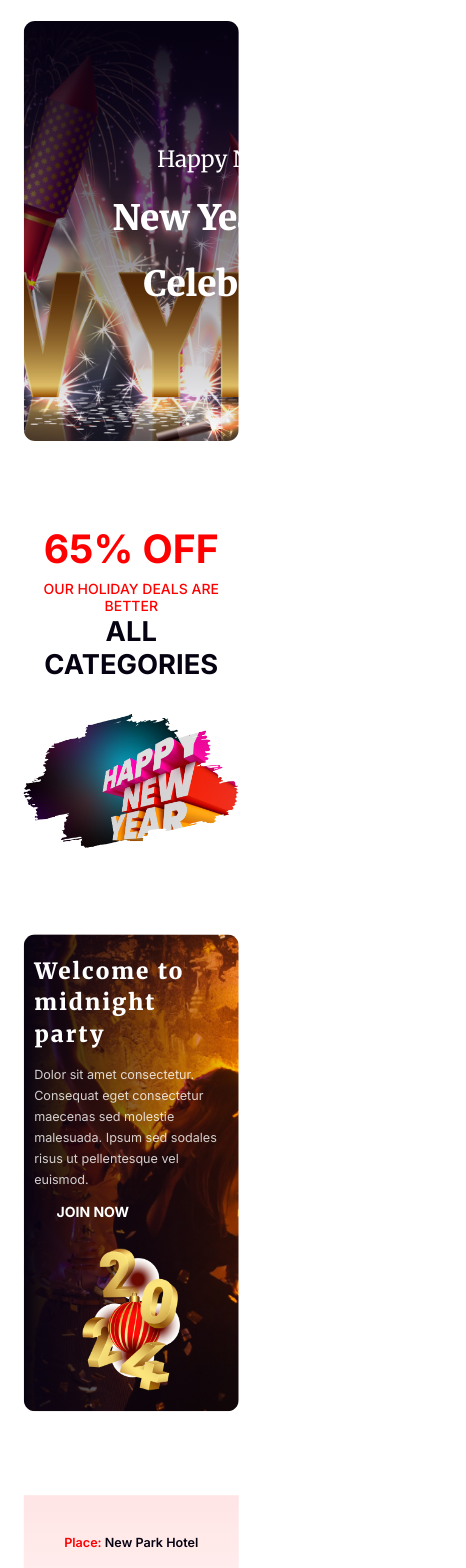
Repository: ShouravAhammed/simple-responsive-new-year
Page: index.html
These files come from the project's save history. The page is drawn as it stood at one moment and after the next save; the edit follows.
The browser window is 375 px wide. The page is 666 px wide, so the pictures cover 666 px, including what lies to the right of the window. The pictures show the part of the page from y = 0 to 2240 px (the page is 9349 px tall before and 9235 px after), at 70% of full size.

Above is the page before, as saved 2024-01-11 17:09:23.

### index.html
<!DOCTYPE html>
<html lang="en">
<head>
    <meta charset="UTF-8">
    <meta name="viewport" content="width=device-width, initial-scale=1.0">
    <!-- Title  -->
    <title>New Year 2024</title>
    <!-- favicon icon linked -->
    <link rel="shortcut icon" href="images/New Year Photo.png" type="image/x-icon">
    <!-- style css linked-->
    <link rel="stylesheet" href="Style/style.css">
</head>
<body>
    <!-- header part  -->
    <header>
        <!-- banner section part -->
        <section id="banner">
            <div class="container">
                <div class="banner-container">
                    <div class="banner-content">
                        <h3 class="celebration">Happy New Year</h3>
                        <h2 class="banner-title">New Year Party Celebration</h2>
                    </div>
                </div>
            </div>
        </section>
    </header>
    <!-- main part -->
    <main>
        <!-- categories section part  -->
            <section id="categories">
                <div class="container">
                    <div class="categories-container">
                        <h2 class="categories-discount">65% OFF</h2>
                        <p class="primary-summery">OUR HOLIDAY DEALS ARE BETTER</p>
                        <h3 class="categories-title">ALL CATEGORIES</h3>
                        <div class="categories-img">
                            <img id="new-year-img" src="images/New Year Photo.png" alt="Happy New Year">
                        </div>
                    </div>
                </div>
            </section>

            <!-- party-banner section part -->
            <section id="party-banner">
                <div class="container">
                    <div class="party-container">
                        <div class="party-content">
                            <h2 class="party-title">Welcome to midnight party</h2>
                            <p class="party-description">Dolor sit amet consectetur. Consequat eget consectetur maecenas sed molestie malesuada. Ipsum sed sodales risus ut pellentesque vel euismod. </p>
                            <button id="join-now-btn">JOIN NOW</button>
                        </div>
                        <img class="party-img" src="images/icon/Group 70.png" alt="party-img">
                    </div>
                </div>
            </section>
            <!-- Announce section part -->
            <section id="announce">
                <div class="container">
                    <div class="announce-content">
                        <h4 class="announce-title"><span class="title-color">Place:</span> New Park Hotel</h4>
                        <h4 class="announce-title"><span class="title-color">Date:</span> 31 December Night 2023</h4>
                        <h4 class="announce-title"><span class="title-color">Time:</span> Evening 7.30 pm to 12.30 am</h4>
                        <button class="announce-btn">Join Now</button>
                    </div>
                </div>
            </section>
            <!-- best offer section part -->
            <section id="best-offer">
                <div class="container">
                    <div class="best-offer-container">
                        <div class="best-offer-content">
                            <p class="primary-summery">NEW BEST OFFER</p>
                            <h3 class="similer-title">Coming Soon</h3>
                            <p class="similer-description">Dolor sit amet consectetur. Consequat eget consectetur maecenas sed molestie malesuada. Ipsum sed sodales risus ut pellentesque vel euismod. </p>
                        </div>
                        <div class="best-offer-img-content">

                                <img class="best-offer-img" src="images/Ellipse 1.png" alt="best-offer-images">

                        </div>
                        <div class="best-offer-year-content">
                            <h3 class="best-offer-year">2024</h3>
                            <p class="best-offer-description">Dolor sit amet consectetur. Consequat eget consectetur maecenas sed.</p>
                            <img class="best-offer-year-img" src="images/icon/Group 96.png" alt="best-offer-year-img">
                        </div>
                    </div>
                </div>
            </section>
            <!-- holiday section part  -->
            <section id="holiday" >
                <div class="container">
                    <div class="holiday-container">
                        <div class="holiday-content">
                            <p class="primary-summery">WHAT IS FUNCTIONAL</p>
                        <h3 class="similer-title"><span class="title-color">Holidays</span> Sale 50%</h3>
                        <p class="similer-description">Dolor sit amet consectetur. Consequat eget consectetur maecenas sed molestie malesuada. Ipsum sed
                            sodales risus ut pellentesque vel euismod. Eleifend nunc purus quam id
                            fermentum amet amet sit consectetur.</p>
                        </div>
                        <div class="holiday-back-img">
                            <div class="holiday-gift-content">
                                <img src="images/icon/Group 75.png" alt="">
                            </div>
                            <div class="holiday-discount-content">
                                <img src="images/icon/Group 44.png" alt="">
                            </div>
                        </div>
                        <div class="holiday-bottom">
                            <img src="images/Rectangle 2.png" alt="">
                        </div>
                    </div>
                </div>
            </section>
            <!-- Portfolio section part -->

            <section id="portfolio">
                <div class="container">
                    <div class="portfolio-container">
                        <div class="portfolio-box">
                            <p class="primary-summery">THE BEST GIFTS</p>
                            <h3 class="similer-title">Our Awesome Portfolio</h3>
                            <p class="similer-description description-padd">Dolor sit amet consectetur. Consequat eget consectetur maecenas sed molestie malesuada. Ipsum sed sodales risus ut pellentesque vel euismod. </p>
                        </div>
                            <div class="portfolio-content">
                                <img class="portfolio-img" src="images/Portfolio images/Rectangle 3.png" alt="">
                                <img class="portfolio-img" src="images/Portfolio images/Rectangle 4.png" alt="">
                                <img class="portfolio-img" src="images/Portfolio images/Rectangle 5.png" alt="">
                            </div>
                            <div class="portfolio-content">
                                <img class="portfolio-img" src="images/Portfolio images/Rectangle 6.png" alt="">
                                <img class="portfolio-img" src="images/Portfolio images/Rectangle 7.png" alt="">
                                <img class="portfolio-img" src="images/Portfolio images/Rectangle 8.png" alt="">
                            </div>
                        </div>
                    </div>
            </section>
            <!-- newsletter section part -->
            <section id="newsletter">
                <div class="container">
                    <div class="news-container">
                        <div class="news-content">
                            <img src="images/icon/Group 61.png" alt="">
                            <h3 class="similer-title">Subscribe Newsletter</h3>
                            <p class="similer-description description-mar">Dolor sit amet consectetur. Consequat eget consectetur maecenas sed molestie malesuada. Ipsum sed sodales risus ut pellentesque vel euismod. </p>
                            <form class="form" action="">
                                <input type="email" placeholder="user@gmail.com" alt="email" id="">
                                <button class="subscribe-btn">Subscribe</button>
                            </form>
                        </div>

                    </div>
                </div>
            </section>
    </main>
    <!--  footer part -->
    <footer>
        <section id="footer">
            <div class="container">
                <div class="footer-describe-part line-color">
                    <div class="footer-address">
                        <p class="address-similer">44, Big Building Roosevelt Street</p>
                        <p class="address-similer">Beach Gardens Florida 33410</p>
                    </div>
                    <div class="footer-address">
                        <div class="call-icon">
                            <img src="images/icon/Call.png" alt="">
                            <a class="address-similer">+00 123 584 124</a>
                        </div>
                        <div class="website-icon">
                            <img src="images/icon/Website.png" alt="">
                            <a class="address-similer">www.website.com</a>
                        </div>
                    </div>
                </div>

                <div class="footer-social line-color">
                    <a href=""><img src="images/icon/Facebook.png" alt=""></a>
                    <a href=""><img src="images/icon/Instagram.png" alt=""></a>
                    <a href=""><img src="images/icon/Twitter.png" alt=""></a>
                    <a href=""><img src="images/icon/Linkedin.png" alt=""></a>
                </div>

                <div class="reserved">
                    <p>2017, All Rights Reserved.</p>
                    <p>Unsubscribe</p>
                </div>
            </div>
        </section>
    </footer>
</body>
</html>

### Style/style.css
/* import google fonts */
@import url('https://fonts.googleapis.com/css2?family=Inter:wght@100;200;300;400;500;600;700;800;900&family=Merriweather:ital,wght@0,300;0,400;0,700;0,900;1,300;1,400;1,700;1,900&display=swap');

*{
    margin: 0;
    padding: 0;
    outline: 0;
}

.container{
    width: 82%;
    margin: 0 auto;
}
/* primary content */
.primary-summery{
    font-family: Inter;
    font-size: 24px;
    font-style: normal;
    font-weight: 500;
    color: #F00;
    line-height: normal;
}
/* title-color */
.title-color{
    color: #F00;
}
/* banner section related css style */
#banner{
    margin-top: 30px;
}
.banner-container{
    background-image: linear-gradient(180deg, #070211 0%, rgba(7, 2, 17, 0.00) 100%), url(../images/Banner\ Image.png);
    background-size: cover;
    background-repeat: no-repeat;
    background-position: center;
    border-radius: 16px;
    padding: 177px 0px;
}
.banner-container .banner-content{
    width: 632px;
    margin: 0 auto;
}
.banner-container .banner-content .celebration{
    color: #FFF;
    text-align: center;
    font-family: Merriweather;
    font-size: 32px;
    font-style: normal;
    font-weight: 400;
    line-height: normal;
    margin-bottom: 16px;
    z-index: 99;
}
.banner-container .banner-content .banner-title{
    color: #FFF;
    text-align: center;
    font-family: Merriweather;
    font-size: 72px;
    font-style: normal;
    font-weight: 900;
    line-height: 95px;
}
/* categories section related css style */

#categories{
    margin: 120px 0px;
}
.categories-container{
    text-align: center;
}
.categories-container .categories-discount{
    font-family: Inter;
    font-size: 88px;
    font-style: normal;
    font-weight: 700;
    color: #F00;
    line-height: normal;
    margin-bottom: 48px;
}

.categories-title{
    font-family: Inter;
    font-size: 48px;
    font-style: normal;
    font-weight: 700;
    color: #070211;
    line-height: normal;
    margin-bottom: 48px;
}
.categories-container .categories-img{
    width: 800px;
    margin: 0 auto;
}
.categories-img #new-year-img{
    max-width: 100%;
}

/* party-banner section css style  */
#party-banner{

}
.party-container{
    background-image: linear-gradient(90deg, #070211 0%, rgba(7, 2, 17, 0.00) 100%), url(../images/Vectorrr.png);
    background-position: center;
    background-repeat: no-repeat;
    background-size: cover;
    display: flex;
    align-items: center;
    justify-content: space-between;
    border-radius: 16px;
    padding: 70px 70px;
}
.party-container .party-content{
    width: 900px;
}
.party-content .party-title{
    font-family: Merriweather;
    font-size: 64px;
    font-style: normal;
    font-weight: 900;
    color: #FFF;
    line-height: 88px;
    letter-spacing: 3px;
}
.party-content .party-description{
    font-family: Inter;
    font-size: 18px;
    font-style: normal;
    font-weight: 400;
    color: rgba(255, 255, 255, 0.80);
    line-height: 30px;
    margin-top: 20px;
}
#join-now-btn{
    font-family: Inter;
    font-size: 20px;
    font-style: normal;
    font-weight: 700;
    color: #FFF;
    background: transparent;
    line-height: normal;
    text-transform: uppercase;
    border: none;
    cursor: pointer;
    margin-top: 48px;
    margin-left: 32px;
}
.party-container .party-img{
    width: 270px;
    max-width: 100%;
}

/* Announce section css style */

#announce{
    margin: 120px 0px;
}
.announce-content{
    background: linear-gradient(180deg, rgba(255, 0, 0, 0.10) 0%, rgba(255, 0, 0, 0.00) 100%);
    padding: 100px 0;
    text-align: center;
}
.announce-content .announce-title{
    color: #070211;
    font-family: Inter;
    font-size: 32px;
    font-style: normal;
    font-weight: 600;
    line-height: 56px;
    text-transform: capitalize;
}
.announce-btn{
    font-family: Inter;
    font-size: 20px;
    font-style: normal;
    font-weight: 700;
    line-height: normal;
    color: #FFF;
    text-align: center;
    text-transform: uppercase;
    border-radius: 8px;
    background: #F00;
    padding: 16px 32px;
    border: none;
    cursor: pointer;
    transition: all ease 0.5s;
    margin-top: 48px;
}
.announce-btn:hover{
    background: #fff;
    color: #f00;
    outline: 1px solid #F00;
}
/* best-offer section style css */
#best-offer{
    margin-bottom: 128px;
}
.similer-title{
    font-family: Inter;
    font-size: 48px;
    font-style: normal;
    font-weight: 700;
    color: #070211;
    line-height: normal;
}
.similer-description{
    font-family: Inter;
    font-size: 20px;
    font-style: normal;
    font-weight: 400;
    color: rgba(7, 2, 17, 0.60);
    line-height: 32px;
    margin-top: 22px;
}
.best-offer-container{
    display: flex;
    align-items: center;
    gap: 20px;
}
.best-offer-content{
    width: 700px;
}
.best-offer-img-content{
    min-height: 350px;
    min-width: 350px;
    border: 15px solid #f00;
    border-radius: 50%;
    position: relative;
    position: relative;
}
.best-offer-img-content .best-offer-img{
    position: absolute;
    width: 270px;
    inset: 41px;
}
.best-offer-year-content .best-offer-year{
    font-family: Inter;
    font-size: 48px;
    font-style: normal;
    font-weight: 700;
    color: #F00;
    line-height: normal;
    margin-top: 65px;
}
.best-offer-year-content .best-offer-description{
    margin-top: 10px !important;

}
.best-offer-year-content{
    width: 500px;
}
.best-offer-year-content .best-offer-year-img{
    max-width: 140px;
    margin-top: 38px;
}


/*  portfolio section css style */
.portfolio-container{

}
.portfolio-container .description-padd{
    margin-bottom: 48px ;
}
.portfolio-container .portfolio-content{
    display: flex;
    align-items: center;
    justify-content: space-between;
    margin-top: 20px;
}
.portfolio-box{
    width: 896px;
}
.portfolio-container .portfolio-content .portfolio-img{
    max-width: 355px;
    transition: all ease 0.5s;
}
.portfolio-content .portfolio-img:hover{
    filter: grayscale(1);
    transform: scale(1.05);
}
/* newsletter section css style  */
#newsletter{
    margin: 128px 0px;
}
.news-container{
    border-radius: 16px;
    background: rgba(255, 0, 0, 0.05);
    padding: 80px 0px;
}
.news-content{
    width: 896px;
    margin: 0 auto;
    text-align: center;
}
.news-content img{
    width: 150px;
    height: 150px;
}
.form{
    width: 648px;
    height: 72px;
    display: flex;
    margin: 0 auto;
}
.form input{
    background: #fff;
    width: 438px;
    flex-grow: 1;
    color: rgba(7, 2, 17, 0.30);
    font-family: Inter;
    font-size: 18px;
    font-style: normal;
    font-weight: 400;
    line-height: normal;
    padding-top: 25px;
    padding-bottom: 25px;
    padding-left: 30px;
    border: none;
    border-radius: 50px 0px 0px 50px;
    outline: 1px transparent;
    transition: all ease 0.5s;
}
.form input:hover{
    outline: 1px solid #f00;
}
.form .subscribe-btn{
    color: #FFF;
    font-family: Inter;
    font-size: 20px;
    font-style: normal;
    font-weight: 600;
    line-height: normal;
    text-transform: capitalize;
    border-radius: 0px 50px 50px 0px;
    background: #F00;
    padding: 24px 56px;
    border: none;
    transition: all ease 0.5s;
}
.form .subscribe-btn:hover{
    outline: 1px solid #f00;
    background: #fff;
    color: #f00;
}
.description-mar{
    margin-bottom: 48px;
}
/* footer section part css style */

#footer{
    background: #070211;
    padding: 120px 0;
}
.line-color{
    border-bottom: 1px solid rgba(255, 255, 255, 0.15);
}
.footer-describe-part{
    display: flex;
    justify-content: space-between;
}
.footer-address{
    margin-bottom: 50px;
}
.footer-address .address-similer {
    color: #FFF;
    font-family: Inter;
    font-size: 24px;
    font-style: normal;
    font-weight: 500;
    line-height: 40px;
    text-decoration: none;
    cursor: pointer;
}
.call-icon, .website-icon{
    display: flex;
    align-items: center;
}
.call-icon img, .website-icon img{
    width: 24px;
    margin-right: 15px;
}

.footer-social{
    text-align: center;
    padding: 48px 0;
}
.footer-social a{
    width: 64px;
    margin-right: 24px;
}
.footer-social a:hover{
    filter: grayscale(1);
}

.reserved{
    display: flex;
    justify-content: space-between;
    align-items: center;
    margin-top: 50px;
}
.reserved p{
    color: #FFF;
    font-family: Inter;
    font-size: 24px;
    font-style: normal;
    font-weight: 500;
    line-height: normal;
}



/* holiday section css style */
#holiday{
    margin-bottom: 128px;
}
.holiday-container{
    text-align: center;
}
.holiday-container .holiday-content{
    width: 920px;
    margin: 0 auto;
}
.holiday-back-img{
    display: flex;
    align-items: center;
    margin-top: 48px;
    background-image: url(../images/Rectangle\ 1.png);
    background-repeat: no-repeat;
    background-size: contain;
    height: 60vh;
    background-position: bottom right;
}
.holiday-back-img .holiday-gift-content {
    width: 600px;
    position: relative;
    bottom: -110px;
    left: 50px;
}
.holiday-back-img .holiday-gift-content img{
    max-width: 100%;
}
.holiday-back-img .holiday-discount-content{
    width: 250px;
}
.holiday-back-img .holiday-discount-content img{
    max-width: 100%;
}
.holiday-bottom img{
    width: 100%;
}


/* responsive */
.hide{
    display: none;
}
@media screen and (max-width: 576px){
    .similer-description {
        padding: 0px 10px;
    }
    .news-content, .portfolio-box, .form, .form input {
        width:  100%;
    }
    .form .subscribe-btn {
        padding: 24px 20px;
    }
    .best-offer-container, .best-offer-container, .portfolio-container .portfolio-content, .footer-describe-part {
        flex-direction: column;
    }
    .footer-social a {
        margin-right: 10px;
    }
    .reserved {
        margin-top: 50px;
        flex-direction: column;
    }
    .portfolio-container .portfolio-content .portfolio-img {
        width: 100%;
    }
    .portfolio-container .portfolio-content {
        gap: 20px;
    }
    .holiday-container .holiday-content {
        width: 100%;
    }
    .holiday-back-img {
        height: 38vh;
    }
    .best-offer-content, .best-offer-year-content {
        width: 100%;
    }
    .announce-content {
        padding: 40px 0;
    }
    .announce-content .announce-title {
        font-size: 18px;
        font-weight: 600;
    }
    .party-container .party-content {
        width: 100%;
    }
    .party-container {
        flex-direction: column;
        padding: 30px 15px;
    }
    .party-container {
        background-position: 85%;
    }
    .party-content .party-title {
        font-size: 32px;
        line-height: 45px;
    }
    #join-now-btn {
        margin-top: 20px;
    }
    .party-container .party-img {
        width: 50%;
        margin-top: 40px;
    }


    .primary-summery {
        font-size: 20px;
    }
    .categories-title {
        font-size: 39px;
    }
    .categories-container .categories-discount {
        font-size: 56px;
        margin-bottom: 12px;
    }
    .categories-container .categories-img {
        width: 100%;
    }
    .categories-img #new-year-img {
        width: 100%;
    }

    .banner-container .banner-content .banner-title {
        font-size: 50px;

}
}

After the next save:
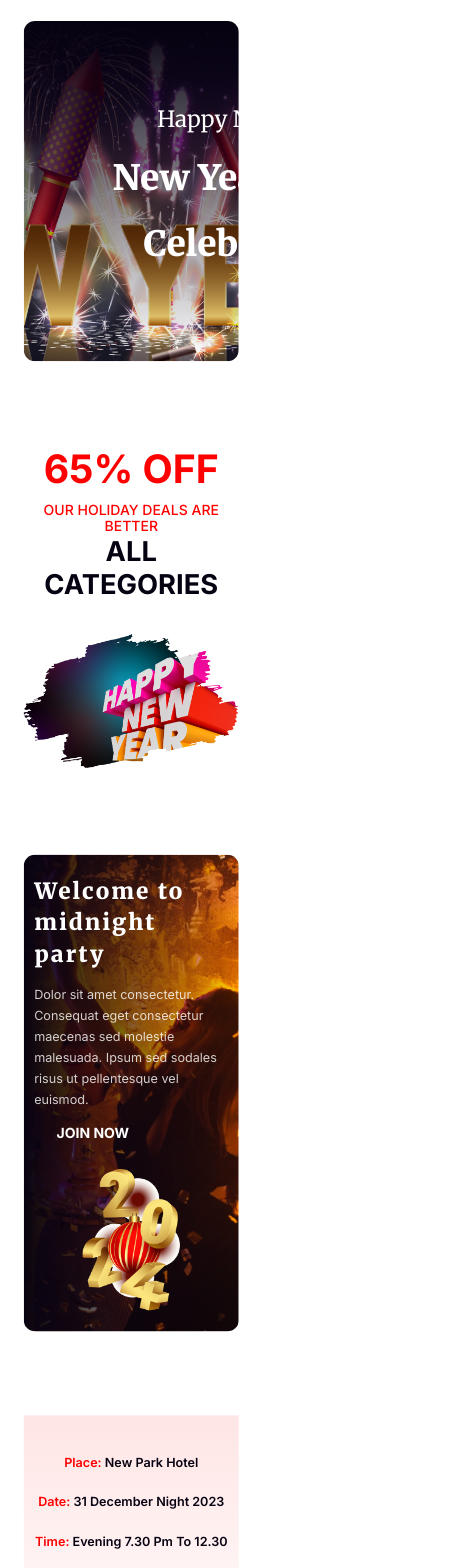
Saved 61 s later.
--- a/Style/style.css
+++ b/Style/style.css
@@ -536,7 +536,11 @@
     .categories-img #new-year-img {
         width: 100%;
     }
-
+    .banner-container {
+        background-position: center;
+        border-radius: 16px;
+        padding: 120px 0px;
+    }
     .banner-container .banner-content .banner-title {
         font-size: 50px;
 
